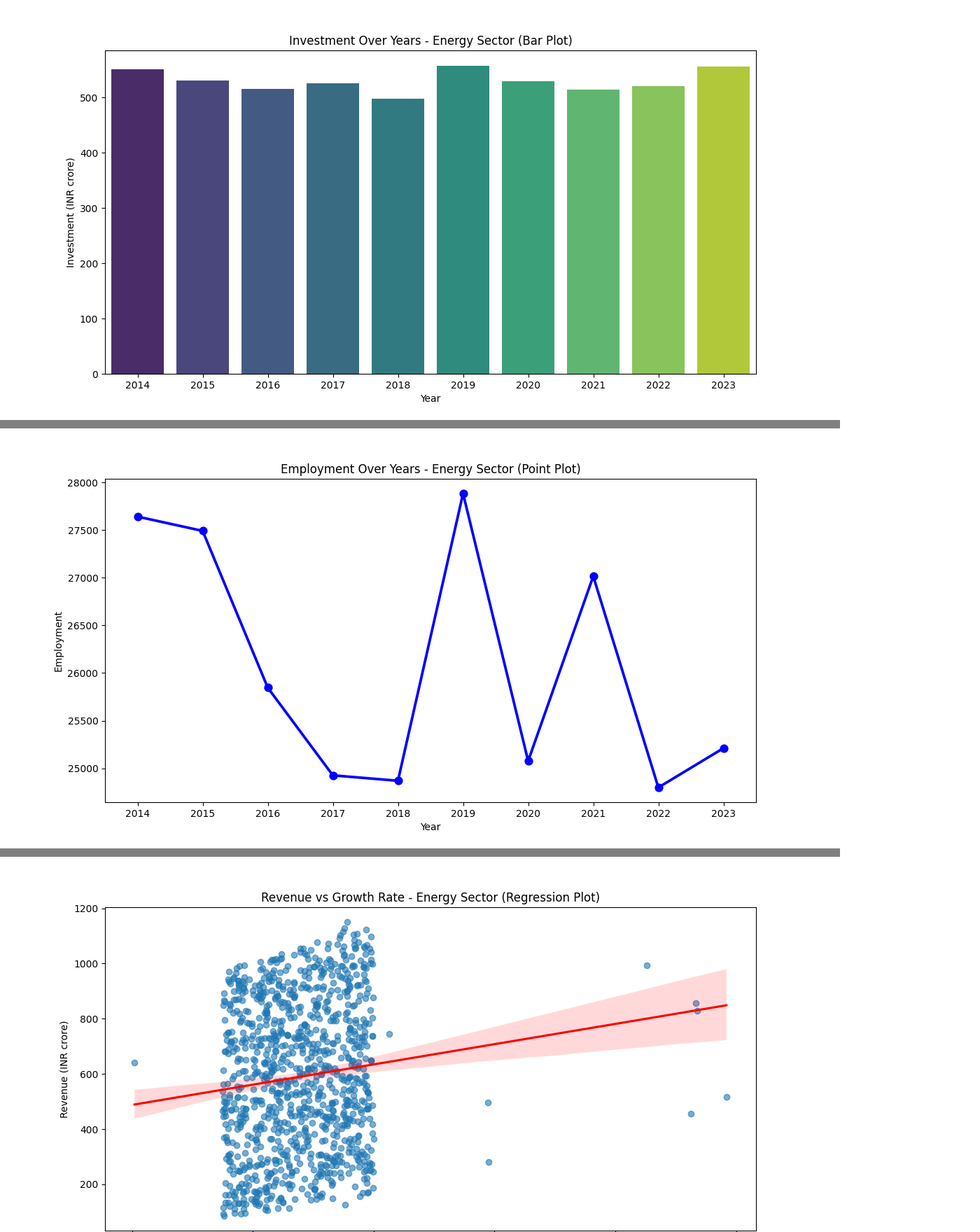
Repository: sjetti5555/GenAi
Script's output: python Training/AllDomains/IndustrialPolicy.py
These files come from the project's save history. The script's output is drawn as it stood at one moment and after the next save; the edit follows.
The pictures show rows 0 to 1760 of an output 4884 px tall, at 70% of full size.
Each picture stacks the figures in order, with grey between them; figures that are only written to a file come last. The script is stopped after its 8th figure. Figures wider than 1,400 px are first shrunk to that width. Random numbers start from a fixed seed.

Above is the script's output before, as saved 2024-10-27 20:47:32.

### Training/AllDomains/IndustrialPolicy.py
import pandas as pd
import numpy as np
import seaborn as sns
import matplotlib.pyplot as plt
from sklearn.model_selection import train_test_split
from sklearn.linear_model import LinearRegression
from sklearn.metrics import mean_squared_error, r2_score

# Load the dataset
file_path = r'C:\Users\srira\OneDrive\Desktop\Gen_AI\Training\AllDomains\1IndustrialPolicyDataset.py.csv'
df = pd.read_csv(file_path)

print(df.head())
print(df.describe())
print(df.info())
print(df.isnull().sum())






# Step 2: Descriptive Statistics and Visualization for Each Sector Separately

# List of unique sectors in the dataset
sectors = df['Sector'].unique()

for sector in sectors:
    sector_data = df[df['Sector'] == sector]

    # Plot 1: Investment Trend over the Years using a Bar Plot for each sector
    plt.figure(figsize=(12, 6))
    sns.barplot(x='Year', y='Investment', data=sector_data, ci=None, palette='viridis')
    plt.title(f'Investment Over Years - {sector} Sector (Bar Plot)')
    plt.xlabel("Year")
    plt.ylabel("Investment (INR crore)")
    plt.show()

    # Plot 2: Employment over the Years using a Point Plot for each sector
    plt.figure(figsize=(12, 6))
    sns.pointplot(x='Year', y='Employment', data=sector_data, ci=None, color='blue', markers="o")
    plt.title(f'Employment Over Years - {sector} Sector (Point Plot)')
    plt.xlabel("Year")
    plt.ylabel("Employment")
    plt.show()

    # Plot 3: Revenue vs Growth Rate with a Regression Plot for each sector
    plt.figure(figsize=(12, 6))
    sns.regplot(x='Growth Rate (%)', y='Revenue', data=sector_data, scatter_kws={'alpha':0.6}, line_kws={"color": "red"})
    plt.title(f'Revenue vs Growth Rate - {sector} Sector (Regression Plot)')
    plt.xlabel("Growth Rate (%)")
    plt.ylabel("Revenue (INR crore)")
    plt.show()

print("Sector-specific visualizations complete.")

# Step 3: Modeling for Future Predictions
# Prepare features and target
X = df[['Year', 'Employment', 'Investment', 'Growth Rate (%)', 'Exports']]
y = df['Revenue']

# Split data into training and testing sets
X_train, X_test, y_train, y_test = train_test_split(X, y, test_size=0.2, random_state=42)

# Train a Linear Regression model
model = LinearRegression()
model.fit(X_train, y_train)

# Make predictions
y_pred = model.predict(X_test)

# Model evaluation
mse = mean_squared_error(y_test, y_pred)
r2 = r2_score(y_test, y_pred)
print(f'Model Mean Squared Error: {mse}')
print(f'Model R^2 Score: {r2}')

# Visualize predictions vs actual values
plt.figure(figsize=(10, 6))
plt.scatter(y_test, y_pred, alpha=0.6, color="purple")
plt.xlabel("Actual Revenue")
plt.ylabel("Predicted Revenue")
plt.title("Actual vs Predicted Revenue (Scatter Plot)")
plt.show()

# Policy Recommendations based on Analysis
print("Policy Recommendations based on the analysis:")
print("1. Increase investment in sectors with high growth rate but lower revenue to stimulate growth.")
print("2. Enhance employment programs in sectors with steady growth but low workforce.")
print("3. Implement sustainability measures in sectors with high environmental impact.")

Loaded but not shown: Training/AllDomains/1IndustrialPolicyDataset.py.csv (5051 lines, source omitted)

After the next save:
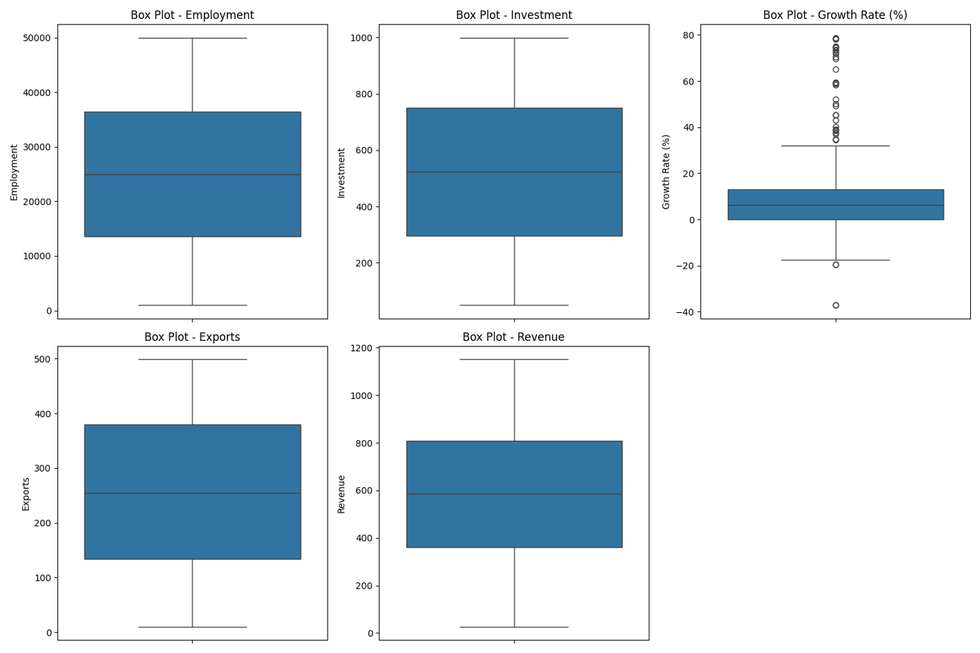
Error (its wording comes from the project's code and is left out).
Saved 6 min 39 s later.
--- a/Training/AllDomains/IndustrialPolicy.py
+++ b/Training/AllDomains/IndustrialPolicy.py
@@ -6,56 +6,66 @@ from sklearn.model_selection import train_test_split
 from sklearn.linear_model import LinearRegression
 from sklearn.metrics import mean_squared_error, r2_score
 
-# Load the dataset
+# Step 1: Load and Explore the Dataset
 file_path = r'C:\Users\srira\OneDrive\Desktop\Gen_AI\Training\AllDomains\1IndustrialPolicyDataset.py.csv'
 df = pd.read_csv(file_path)
 
-print(df.head())
-print(df.describe())
-print(df.info())
-print(df.isnull().sum())
+# Display initial rows, descriptive statistics, info, and null values
+print("First five rows of the dataset:\n", df.head())
+print("\nDescriptive statistics:\n", df.describe())
+print("\nDataset information:\n", df.info())
+print("\nNull values in each column:\n", df.isnull().sum())
 
+# Step 2: Handling Null Values
+# Fill numerical null values with the median value
+df['Employment'].fillna(df['Employment'].median(), inplace=True)
+df['Investment'].fillna(df['Investment'].median(), inplace=True)
 
+# Step 3: Detect and Handle Outliers using Box Plot
+# Plot box plots for numerical columns to detect outliers
+numerical_cols = ['Employment', 'Investment', 'Growth Rate (%)', 'Exports', 'Revenue']
+plt.figure(figsize=(15, 10))
+for i, col in enumerate(numerical_cols, 1):
+    plt.subplot(2, 3, i)
+    sns.boxplot(y=col, data=df)
+    plt.title(f'Box Plot - {col}')
+plt.tight_layout()
+plt.show()
 
+# Capping outliers within the 5th and 95th percentiles
+for col in numerical_cols:
+    upper_limit = df[col].quantile(0.95)
+    lower_limit = df[col].quantile(0.05)
+    df[col] = np.where(df[col] > upper_limit, upper_limit, np.where(df[col] < lower_limit, lower_limit, df[col]))
 
+print("\nOutliers handled with capping method.")
 
+# Step 4: Heatmap for Correlation Analysis
+plt.figure(figsize=(10, 8))
+sns.heatmap(df.corr(), annot=True, cmap='coolwarm', fmt=".2f")
+plt.title("Heatmap of Numerical Features")
+plt.show()
 
-# Step 2: Descriptive Statistics and Visualization for Each Sector Separately
+# Step 5: Visualization of Numerical Data
+# 1. Line plot for Growth Rate over Years
+plt.figure(figsize=(12, 6))
+sns.lineplot(x='Year', y='Growth Rate (%)', data=df, ci=None)
+plt.title('Growth Rate Over the Years')
+plt.xlabel("Year")
+plt.ylabel("Growth Rate (%)")
+plt.show()
 
-# List of unique sectors in the dataset
-sectors = df['Sector'].unique()
+# 2. Bar plot for Average Investment by Sector
+plt.figure(figsize=(12, 6))
+sns.barplot(x='Sector', y='Investment', data=df, estimator=np.mean, ci=None, palette='viridis')
+plt.title('Average Investment by Sector')
+plt.xticks(rotation=45)
+plt.xlabel("Sector")
+plt.ylabel("Average Investment (INR crore)")
+plt.show()
 
-for sector in sectors:
-    sector_data = df[df['Sector'] == sector]
-
-    # Plot 1: Investment Trend over the Years using a Bar Plot for each sector
-    plt.figure(figsize=(12, 6))
-    sns.barplot(x='Year', y='Investment', data=sector_data, ci=None, palette='viridis')
-    plt.title(f'Investment Over Years - {sector} Sector (Bar Plot)')
-    plt.xlabel("Year")
-    plt.ylabel("Investment (INR crore)")
-    plt.show()
-
-    # Plot 2: Employment over the Years using a Point Plot for each sector
-    plt.figure(figsize=(12, 6))
-    sns.pointplot(x='Year', y='Employment', data=sector_data, ci=None, color='blue', markers="o")
-    plt.title(f'Employment Over Years - {sector} Sector (Point Plot)')
-    plt.xlabel("Year")
-    plt.ylabel("Employment")
-    plt.show()
-
-    # Plot 3: Revenue vs Growth Rate with a Regression Plot for each sector
-    plt.figure(figsize=(12, 6))
-    sns.regplot(x='Growth Rate (%)', y='Revenue', data=sector_data, scatter_kws={'alpha':0.6}, line_kws={"color": "red"})
-    plt.title(f'Revenue vs Growth Rate - {sector} Sector (Regression Plot)')
-    plt.xlabel("Growth Rate (%)")
-    plt.ylabel("Revenue (INR crore)")
-    plt.show()
-
-print("Sector-specific visualizations complete.")
-
-# Step 3: Modeling for Future Predictions
-# Prepare features and target
+# Step 6: Train and Predict with Linear Regression
+# Prepare features and target for predicting Revenue based on growth and investment
 X = df[['Year', 'Employment', 'Investment', 'Growth Rate (%)', 'Exports']]
 y = df['Revenue']
 
@@ -72,7 +82,7 @@ y_pred = model.predict(X_test)
 # Model evaluation
 mse = mean_squared_error(y_test, y_pred)
 r2 = r2_score(y_test, y_pred)
-print(f'Model Mean Squared Error: {mse}')
+print(f'\nModel Mean Squared Error: {mse}')
 print(f'Model R^2 Score: {r2}')
 
 # Visualize predictions vs actual values
@@ -83,8 +93,19 @@ plt.ylabel("Predicted Revenue")
 plt.title("Actual vs Predicted Revenue (Scatter Plot)")
 plt.show()
 
-# Policy Recommendations based on Analysis
-print("Policy Recommendations based on the analysis:")
-print("1. Increase investment in sectors with high growth rate but lower revenue to stimulate growth.")
-print("2. Enhance employment programs in sectors with steady growth but low workforce.")
-print("3. Implement sustainability measures in sectors with high environmental impact.")
+# Step 7: Policy Recommendations for Backward Sectors
+# Check for sectors with lower growth and investment
+for sector in df['Sector'].unique():
+    sector_data = df[df['Sector'] == sector]
+    avg_growth = sector_data['Growth Rate (%)'].mean()
+    avg_investment = sector_data['Investment'].mean()
+
+    print(f"\nPolicy Recommendation for {sector} Sector:")
+    if avg_growth < df['Growth Rate (%)'].mean() or avg_investment < df['Investment'].mean():
+        print("   - Increase targeted investment to support growth.")
+        print("   - Implement training and employment programs.")
+        print("   - Adopt sustainability measures for environmental impact.")
+    else:
+        print("   - Maintain current investment and continue monitoring growth.")
+
+print("\nAnalysis complete.")
